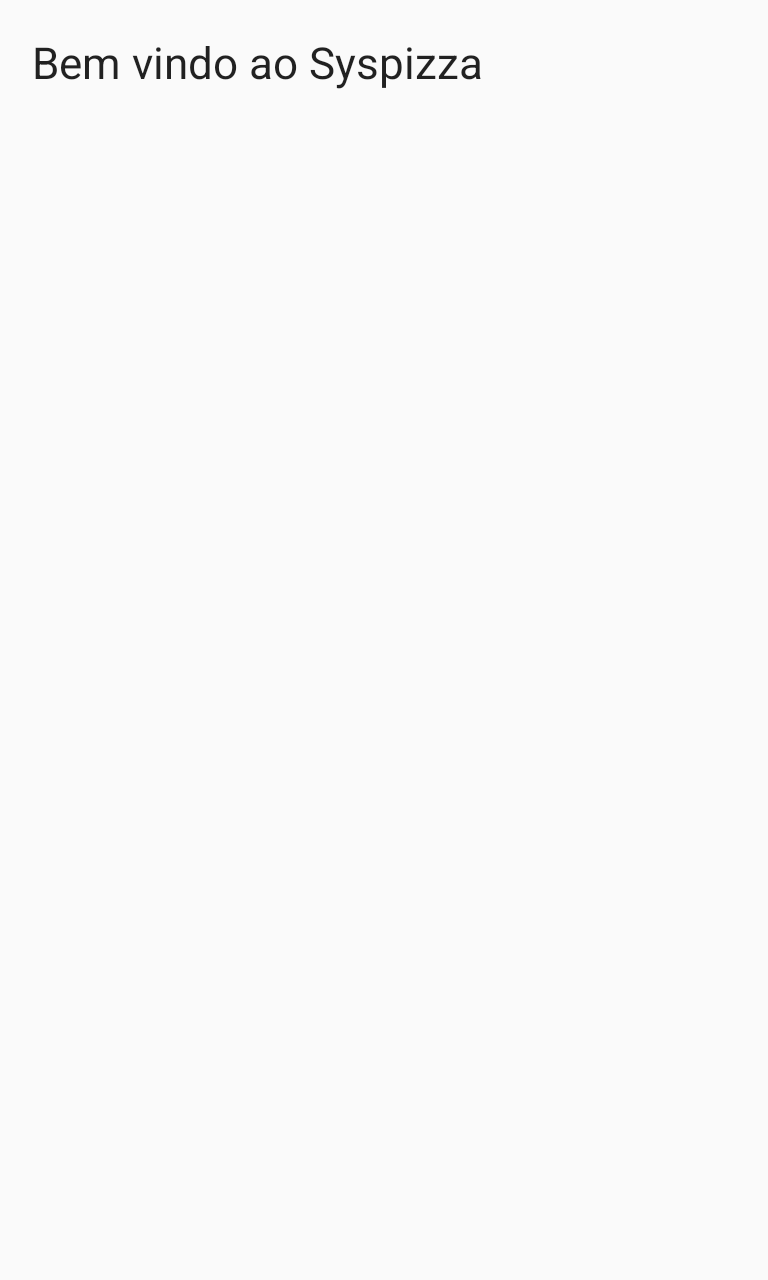
Repository: LucasSampaio/SysPizza-PSI
Layout: CodigoFonte/MOBILE/SysPizza/res/layout/activity_efetuar_pedido.xml
These files come from the project's save history. The layout is drawn as it stood at one moment and after the next save; the edit follows.
It is drawn on a 768 x 1280 px phone screen (xhdpi) without system bars, with theme AppTheme; the app's code is not run.

Above is the layout before, as saved 2014-09-20 01:05:27.

### CodigoFonte/MOBILE/SysPizza/res/layout/activity_efetuar_pedido.xml
<RelativeLayout xmlns:android="http://schemas.android.com/apk/res/android"
    xmlns:tools="http://schemas.android.com/tools"
    android:layout_width="match_parent"
    android:layout_height="match_parent"
    android:paddingBottom="@dimen/activity_vertical_margin"
    android:paddingLeft="@dimen/activity_horizontal_margin"
    android:paddingRight="@dimen/activity_horizontal_margin"
    android:paddingTop="@dimen/activity_vertical_margin"
    tools:context="br.com.syspizza.MenuPrincipalActivity" >

    <TextView
        android:id="@+id/textView1"
        android:layout_width="wrap_content"
        android:layout_height="wrap_content"
        android:layout_alignParentLeft="true"
        android:layout_alignParentTop="true"
        android:text="Bem vindo ao Syspizza "
        android:textAppearance="?android:attr/textAppearanceLarge" />

</RelativeLayout>

Loaded but not shown: CodigoFonte/MOBILE/SysPizza/res/values/styles.xml (common file); CodigoFonte/MOBILE/SysPizza/res/values-v11/styles.xml (common file); CodigoFonte/MOBILE/SysPizza/res/values-v14/styles.xml (common file); CodigoFonte/MOBILE/SysPizza/res/values/dimens.xml (common file); CodigoFonte/MOBILE/SysPizza/res/values-w820dp/dimens.xml (common file)

After the next save:
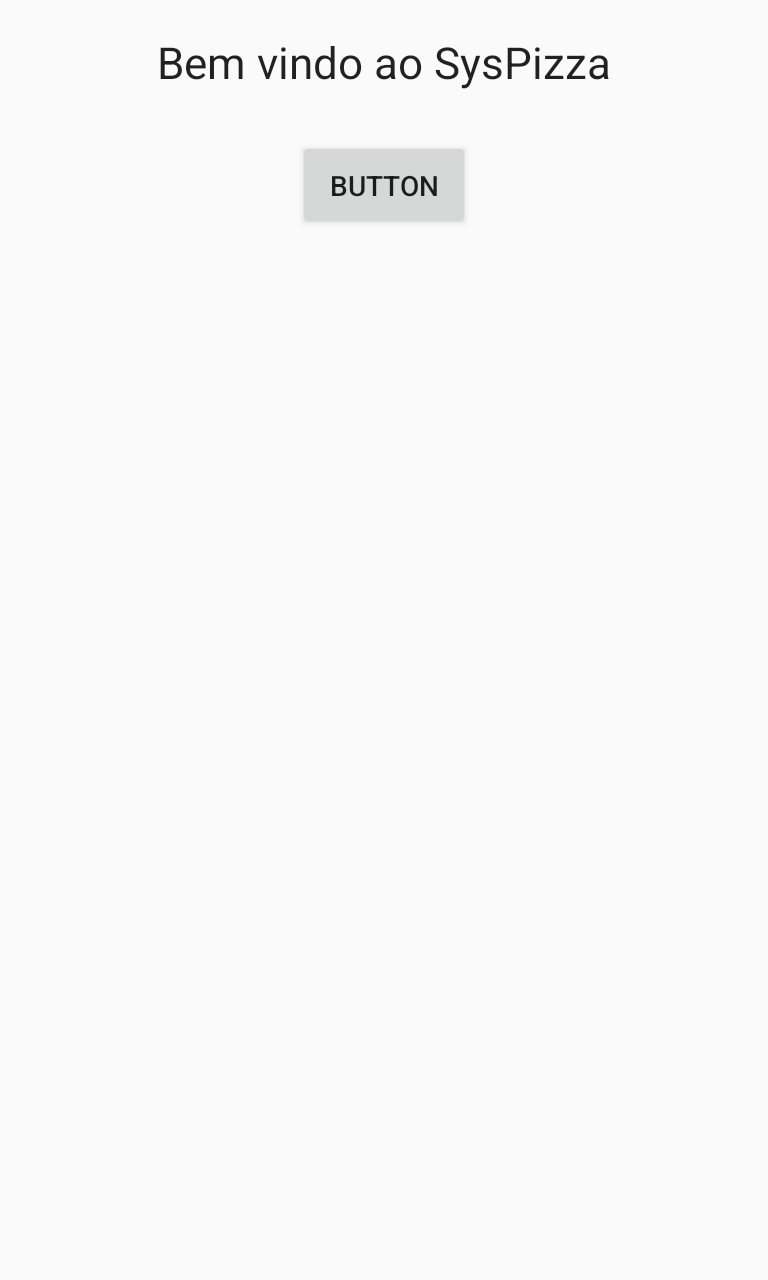
Saved 56 s later.
--- a/CodigoFonte/MOBILE/SysPizza/res/layout/activity_efetuar_pedido.xml
+++ b/CodigoFonte/MOBILE/SysPizza/res/layout/activity_efetuar_pedido.xml
@@ -12,9 +12,18 @@
         android:id="@+id/textView1"
         android:layout_width="wrap_content"
         android:layout_height="wrap_content"
-        android:layout_alignParentLeft="true"
         android:layout_alignParentTop="true"
-        android:text="Bem vindo ao Syspizza "
+        android:layout_centerHorizontal="true"
+        android:text="Bem vindo ao SysPizza"
         android:textAppearance="?android:attr/textAppearanceLarge" />
 
+    <Button
+        android:id="@+id/btEfetuarPedido"
+        android:layout_width="wrap_content"
+        android:layout_height="wrap_content"
+        android:layout_below="@+id/textView1"
+        android:layout_centerHorizontal="true"
+        android:layout_marginTop="23dp"
+        android:text="Button" />
+
 </RelativeLayout>
